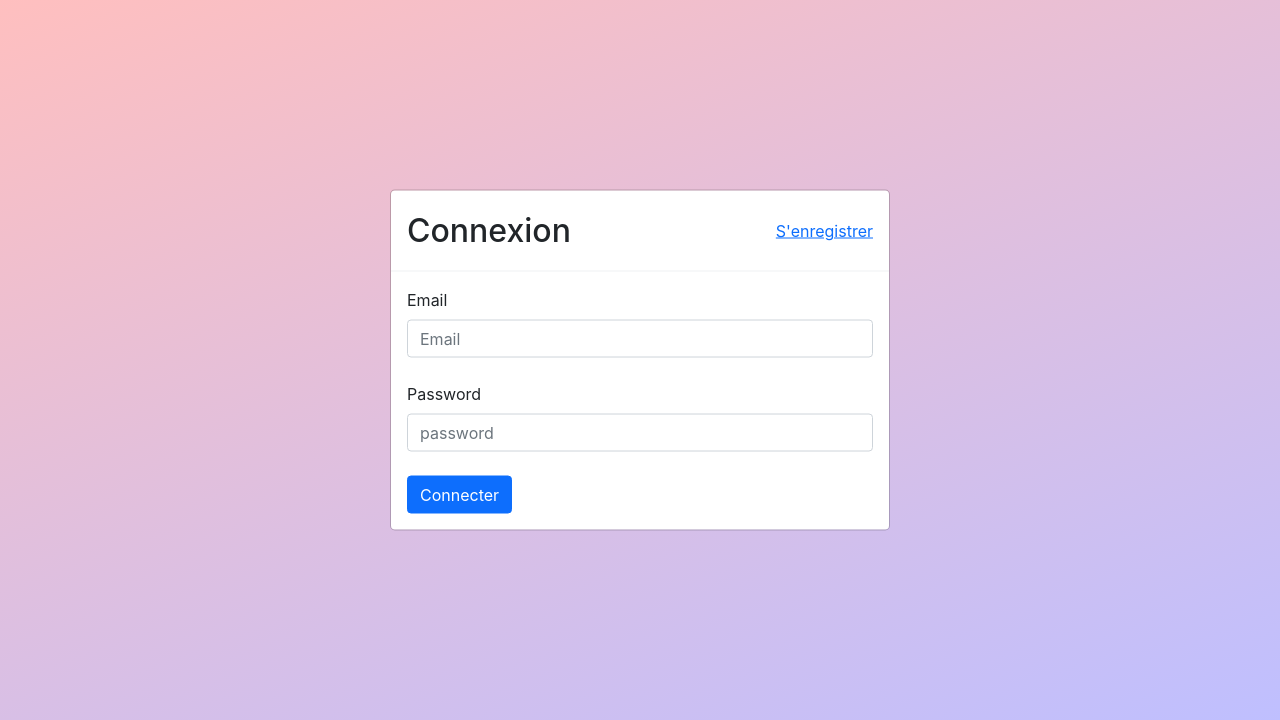
Repository: FS-23/react-task-manager
Page: /
These files come from the project's save history. The page is drawn as it stood at one moment and after the next save; the edit follows.
The browser window is 1280 px wide. The pictures show the whole page.
The project was rebuilt for these pictures with package versions that can differ from the ones it lists, and the page was loaded fresh each time.

Above is the page before, as saved 2022-04-28 14:34:00.

After the next save:
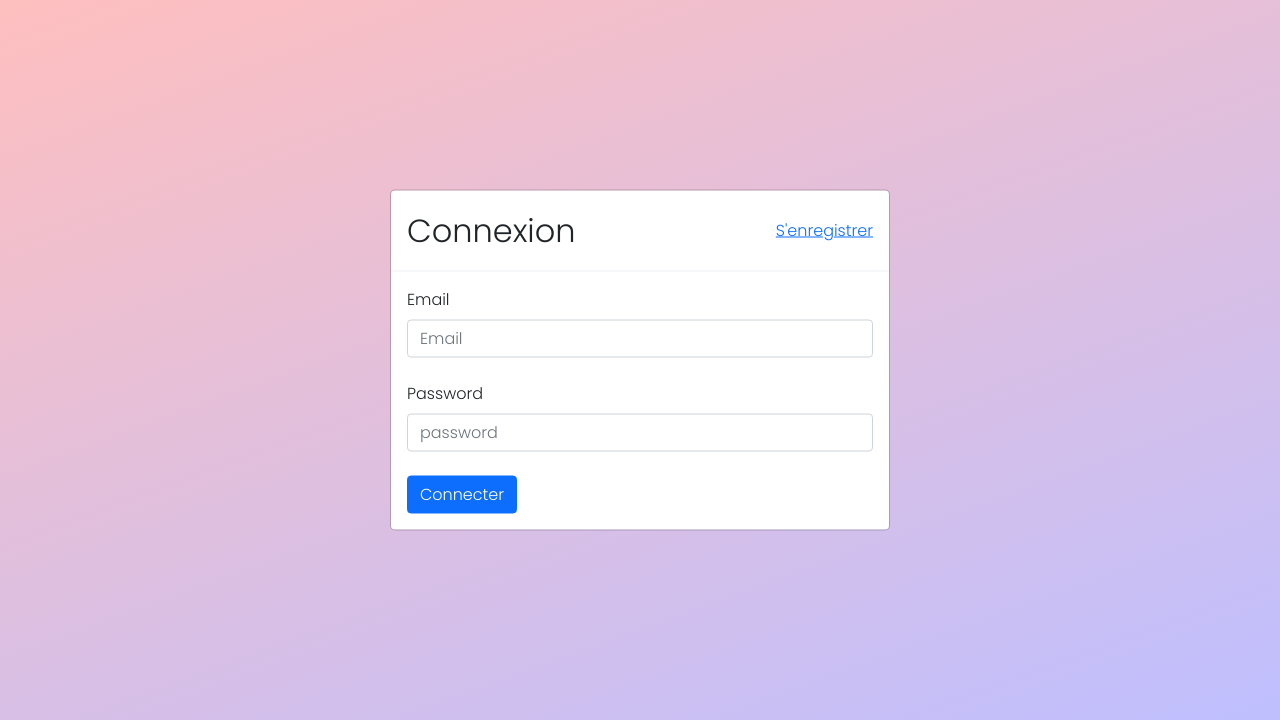
Saved 41 s later.
--- a/src/index.css
+++ b/src/index.css
@@ -1,16 +1,3 @@
-body {
-  margin: 0;
-  font-family: -apple-system, BlinkMacSystemFont, 'Segoe UI', 'Roboto', 'Oxygen',
-    'Ubuntu', 'Cantarell', 'Fira Sans', 'Droid Sans', 'Helvetica Neue',
-    sans-serif;
-  -webkit-font-smoothing: antialiased;
-  -moz-osx-font-smoothing: grayscale;
-}
-
-code {
-  font-family: source-code-pro, Menlo, Monaco, Consolas, 'Courier New',
-    monospace;
-}
 
 
 .login-bg {
@@ -23,3 +10,8 @@ code {
   font-family: "Poppins";
   src: url(./font/Poppins-Light.ttf);
 }
+
+
+*{
+   font-family:  "Poppins" , sans-serif;
+}
